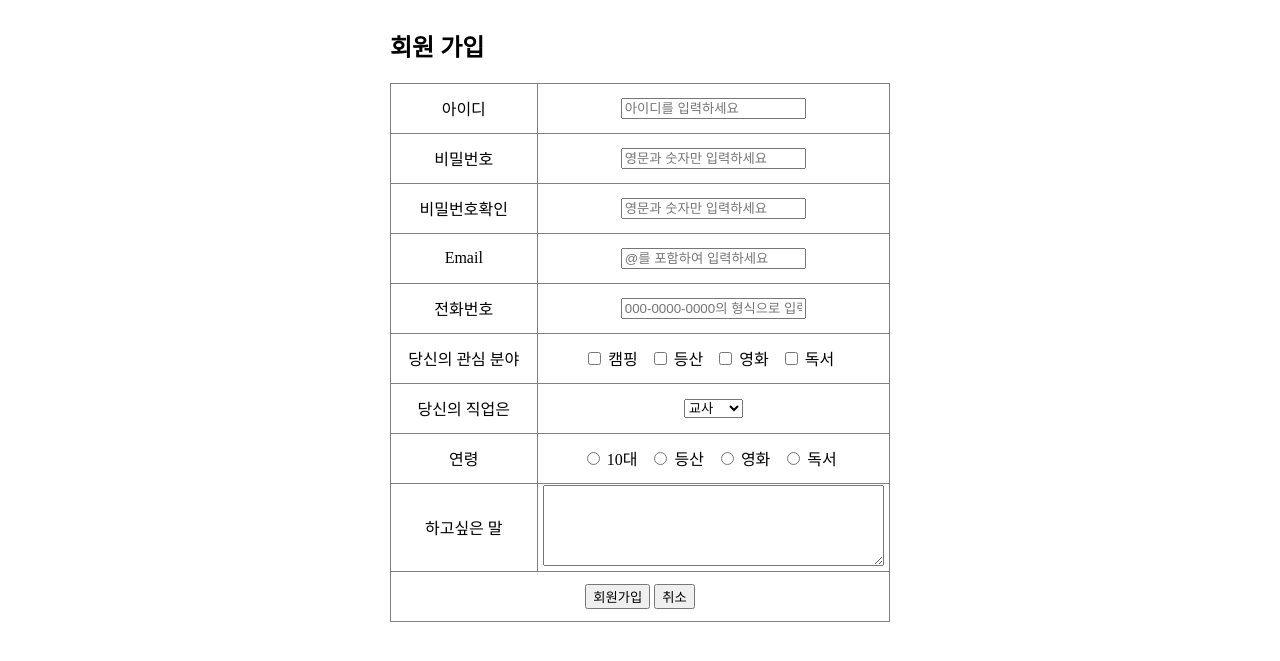
Repository: ksj2001/JSPclass2023
Page: http://localhost/Chapter01/RequestJoin.jsp
These files come from the project's save history. The page is drawn as it stood at one moment and after the next save; the edit follows.
The browser window is 1280 px wide. The pictures show the whole page.
The page is served by Tomcat 9.

Above is the page before, as saved 2023-11-08 07:53:01.

### Chapter01/src/main/webapp/RequestJoin.jsp
<%@ page language="java" contentType="text/html; charset=UTF-8"
    pageEncoding="UTF-8"%>
<!DOCTYPE html>
<html>
<head>
<meta charset="UTF-8">
<title>Insert title here</title>
<style>
	body{
		display: flex;
		justify-content: center;
	}
	table{
		border-collapse: collapse;
	}
</style>
</head>
<body>
	<div class="container">
		<h2>회원 가입</h2>
		<form action="RequestJoinProc.jsp" methods="post">
			<table width="500" border="1">
				<tr height="50">
					<td width="150" align="center">아이디</td>
					<td width="350" align="center">
						<input type="text" name="id" class="content"
						placeholder="아이디를 입력하세요">
					</td>
				</tr>
				<tr height="50">
					<td width="150" align="center">비밀번호</td>
					<td width="350" align="center">
						<input type="password" name="pw" class="content"
						placeholder="영문과 숫자만 입력하세요">
					</td>
				</tr>
				<tr height="50">
					<td width="150" align="center">비밀번호확인</td>
					<td width="350" align="center">
						<input type="password" name="pwchk" class="content"
						placeholder="영문과 숫자만 입력하세요">
					</td>
				</tr>
				<tr height="50">
					<td width="150" align="center">Email</td>
					<td width="350" align="center">
						<input type="email" name="email" class="content"
						placeholder="@를 포함하여 입력하세요">
					</td>
				</tr>
				<tr height="50">
					<td width="150" align="center">전화번호</td>
					<td width="350" align="center">
						<input type="tel" name="tel" class="content"
						placeholder="000-0000-0000의 형식으로 입력하세요">
					</td>
				</tr>
				<tr height="50">
					<td width="150" align="center">당신의 관심 분야</td>
					<td width="350" align="center">
						<input type="checkbox" name="hobby" value="캠핑" id="camping">
						<label for="camping">캠핑</label>&nbsp;&nbsp;
						<input type="checkbox" name="hobby" value="등산" id="mount">
						<label for="mount">등산</label>&nbsp;&nbsp;
						<input type="checkbox" name="hobby" value="영화" id="movie">
						<label for="movie">영화</label>&nbsp;&nbsp;
						<input type="checkbox" name="hobby" value="독서" id="book">
						<label for="book">독서</label>&nbsp;&nbsp;
					</td>
				</tr>
				<tr height="50">
					<td width="150" align="center">당신의 직업은</td>
					<td width="350" align="center">
						<select name="job">
							<option value="교사">교사
							<option value="변호사">변호사
							<option value="의사">의사
							<option value="기술사">기술사
						</select>
					</td>
				</tr>
				<tr height="50">
					<td width="150" align="center">연령</td>
					<td width="350" align="center">
						<input type="radio" name="age" value="10대" id="teenage">
						<label for="teenage">10대</label>&nbsp;&nbsp;
						<input type="radio" name="age" value="20대" id="twenty">
						<label for="twenty">등산</label>&nbsp;&nbsp;
						<input type="radio" name="age" value="30대" id="thirty">
						<label for="thirty">영화</label>&nbsp;&nbsp;
						<input type="radio" name="age" value="40대" id="forty">
						<label for="forty">독서</label>&nbsp;&nbsp;
					</td>
				</tr>
				<tr height="50">
					<td width="150" align="center">하고싶은 말</td>
					<td width="350" align="center">
						<textarea rows="5" cols="40" name="info"></textarea>
					</td>
				</tr>
				<tr height="50">
					<td align="center" colspan="2">
						<input type="submit" value="회원가입">
						<input type="reset" value="취소">
					</td>
				</tr>
			</table>
		</form>
	</div>
</body>
</html>

After the next save:
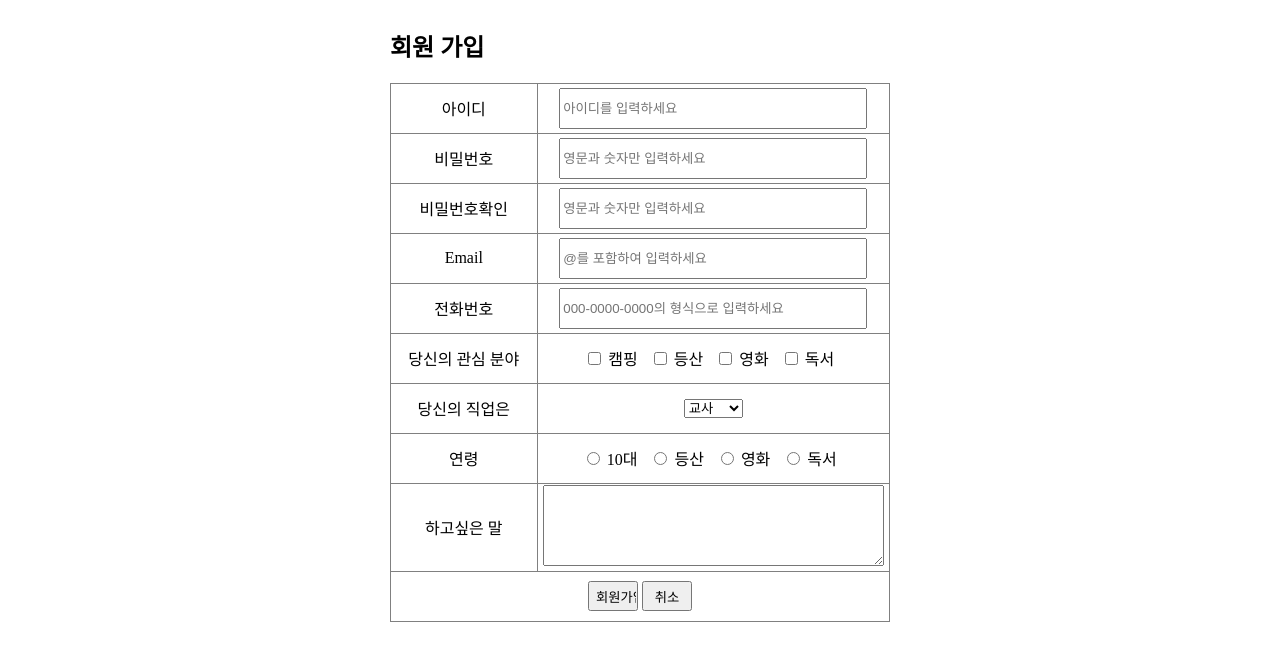
Saved 4 min 1 s later.
--- a/Chapter01/src/main/webapp/RequestJoin.jsp
+++ b/Chapter01/src/main/webapp/RequestJoin.jsp
@@ -12,6 +12,14 @@
 	}
 	table{
 		border-collapse: collapse;
+	}
+	.content{
+		width: 300px;
+		height: 35px;
+	}
+	input[type='submit'],input[type='reset']{
+		width: 50px;
+		height: 30px;
 	}
 </style>
 </head>
